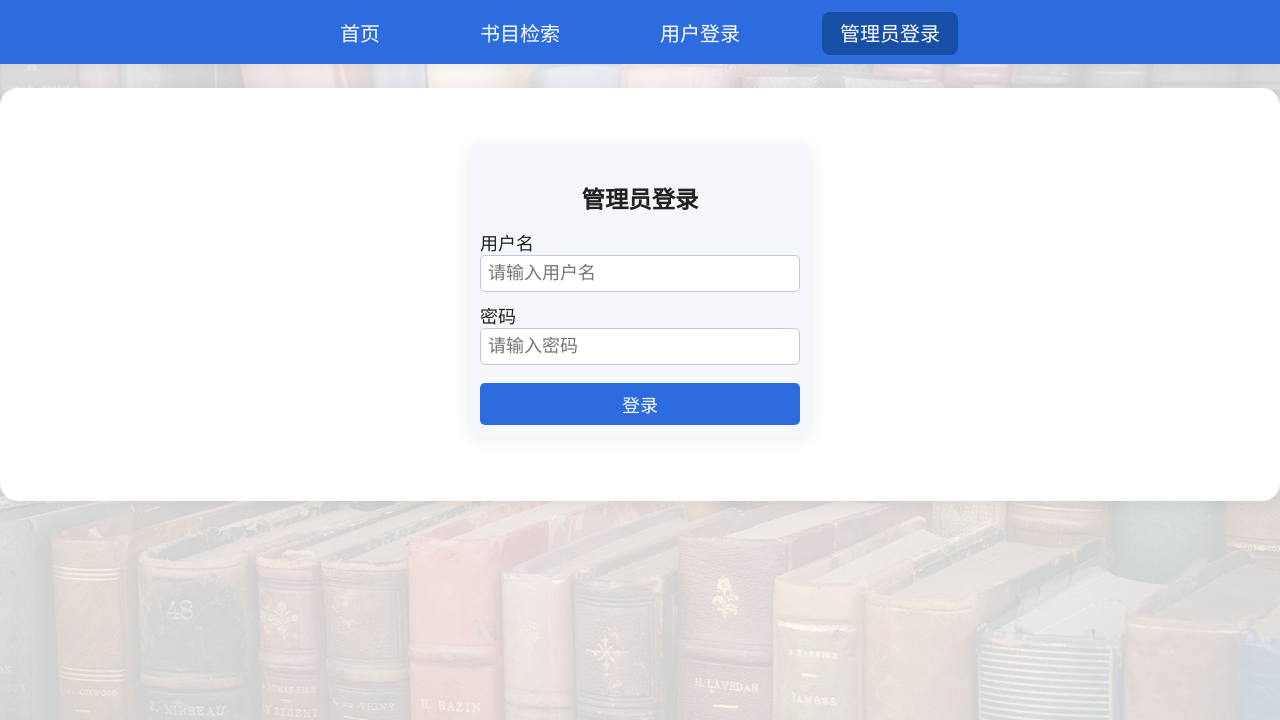
Repository: MercuryRandom/Library-Resource-Management-System
Page: /admin-login (app in frontend/)
These files come from the project's save history. The page is drawn as it stood at one moment and after the next save; the edit follows.
The browser window is 1280 px wide. The pictures show the whole page.
The project was rebuilt for these pictures with package versions that can differ from the ones it lists, and the page was loaded fresh each time. Also part of the build but not shown: frontend/vite.config.js, frontend/src/pages/HomePage.jsx, frontend/src/pages/SearchPage.jsx, frontend/src/pages/LoginPage.jsx, frontend/src/pages/RegisterPage.jsx, frontend/src/pages/admin/ReaderManagementPage.jsx, frontend/src/pages/admin/BookManagementPage.jsx, frontend/src/pages/admin/BorrowManagementPage.jsx.

Above is the page before, as saved 2025-06-27 10:30:40.

### frontend/index.html
<!DOCTYPE html>
<html lang="zh-CN">

<head>
  <meta charset="UTF-8" />
  <link rel="icon" type="image/svg+xml" href="/vite.svg" />
  <meta name="viewport" content="width=device-width, initial-scale=1.0" />
  <title>图书管理系统</title>
</head>

<body>
  <div id="root"></div>
  <script type="module" src="/src/main.jsx"></script>
</body>

</html>

### frontend/src/App.jsx
import { BrowserRouter as Router, Routes, Route, useNavigate } from 'react-router-dom';
import MainLayout from './layout/MainLayout';
import HomePage from './pages/HomePage';
import SearchPage from './pages/SearchPage';
import LoginPage from './pages/LoginPage';
import RegisterPage from './pages/RegisterPage';
import UserLibraryPage from './pages/UserLibraryPage';
import AdminLoginPage from './pages/AdminLoginPage';
import AdminPage from './pages/AdminPage';
import ReaderManagementPage from './pages/admin/ReaderManagementPage';
import BookManagementPage from './pages/admin/BookManagementPage';
import BorrowManagementPage from './pages/admin/BorrowManagementPage';
import './App.css';

function App() {
  return (
    <Router>
      <Routes>
        <Route path="/" element={<MainLayout />}>
          <Route index element={<HomePage />} />
          <Route path="search" element={<SearchPage />} />
          <Route path="login" element={<LoginPage />} />
          <Route path="register" element={<RegisterPage />} />
          <Route path="library" element={<UserLibraryPage />} />
          <Route path="admin-login" element={<AdminLoginPage />} />
          <Route path="admin" element={<AdminPage />}>
            <Route path="readers" element={<ReaderManagementPage />} />
            <Route path="books" element={<BookManagementPage />} />
            <Route path="borrowing" element={<BorrowManagementPage />} />
          </Route>
        </Route>
      </Routes>
    </Router>
  );
}

export default App;

### frontend/src/layout/MainLayout.jsx
import React from 'react';
import { Outlet, NavLink } from 'react-router-dom';

const MainLayout = () => {
  return (
    <div>
      <nav>
        <ul>
          <li>
            <NavLink to="/" end className={({ isActive }) => isActive ? 'active' : ''}>首页</NavLink>
          </li>
          <li>
            <NavLink to="/search" className={({ isActive }) => isActive ? 'active' : ''}>书目检索</NavLink>
          </li>
          <li>
            <NavLink to="/login" className={({ isActive }) => isActive ? 'active' : ''}>用户登录</NavLink>
          </li>
          <li>
            <NavLink to="/admin-login" className={({ isActive }) => isActive ? 'active' : ''}>管理员登录</NavLink>
          </li>
        </ul>
      </nav>
      <hr style={{ border: 'none', margin: 0 }} />
      <main>
        <Outlet />
      </main>
    </div>
  );
};

export default MainLayout;

### frontend/src/pages/UserLibraryPage.jsx
import React, { useState } from 'react';

const features = [
  { key: 'history', title: '借阅历史查询', desc: '查看我的借阅记录和归还情况', icon: '📖' },
  { key: 'borrow', title: '图书借阅', desc: '在线借阅图书，方便快捷', icon: '📚' },
  { key: 'return', title: '图书归还', desc: '归还已借阅的图书', icon: '🔄' },
  { key: 'reserve', title: '预约借书', desc: '提前预约心仪的图书', icon: '📝' },
];

const featureContent = {
  history: <div style={{ fontSize: 24, marginTop: 24 }}>这里显示借阅历史（示例内容）。</div>,
  borrow: <div style={{ fontSize: 24, marginTop: 24 }}>这里是图书借阅功能（示例内容）。</div>,
  return: <div style={{ fontSize: 24, marginTop: 24 }}>这里是图书归还功能（示例内容）。</div>,
  reserve: <div style={{ fontSize: 24, marginTop: 24 }}>这里是预约借书功能（示例内容）。</div>,
};

const UserLibraryPage = () => {
  const [selected, setSelected] = useState('history');
  return (
    <div>
      <h2 style={{ fontSize: 44, marginBottom: 36, textAlign: 'center' }}>我的图书馆</h2>
      <div style={{ display: 'flex', justifyContent: 'space-between', gap: 40, marginBottom: 40 }}>
        {features.map(f => (
          <FeatureCard key={f.key} {...f} selected={selected === f.key} onClick={() => setSelected(f.key)} />
        ))}
      </div>
      <div>{featureContent[selected]}</div>
    </div>
  );
};

const FeatureCard = ({ title, desc, icon, selected, onClick }) => (
  <div
    className="card-hover"
    style={{
      flex: 1,
      background: selected ? '#e3eafc' : '#f5f7fb',
      borderRadius: 18,
      boxShadow: '0 2px 12px rgba(0,0,0,0.04)',
      padding: '48px 18px',
      textAlign: 'center',
      minWidth: 180,
      cursor: 'pointer',
      fontSize: 28,
      border: selected ? '2.5px solid #2d6cdf' : '2.5px solid transparent',
      fontWeight: 600,
      transition: 'all 0.2s',
    }}
    onClick={onClick}
  >
    <div style={{ fontSize: 60, marginBottom: 22 }}>{icon}</div>
    <div style={{ fontSize: 30, fontWeight: 700, marginBottom: 16 }}>{title}</div>
    <div style={{ color: '#666', fontSize: 22 }}>{desc}</div>
  </div>
);

export default UserLibraryPage;

### frontend/src/pages/AdminLoginPage.jsx
import React, { useState } from 'react';
import { useNavigate } from 'react-router-dom';

const AdminLoginPage = () => {
  const [username, setUsername] = useState('');
  const [password, setPassword] = useState('');
  const [error, setError] = useState('');
  const navigate = useNavigate();

  const handleLogin = async (e) => {
    e.preventDefault();
    setError('');
    const res = await fetch('http://localhost:4001/api/admin/login', {
      method: 'POST',
      headers: { 'Content-Type': 'application/json' },
      body: JSON.stringify({ username, password })
    });
    const data = await res.json();
    if (data.success) {
      navigate('/admin');
    } else {
      setError(data.message || '用户名或密码错误');
    }
  };

  return (
    <div className="form-card">
      <h2>管理员登录</h2>
      <form onSubmit={handleLogin}>
        <label htmlFor="username">用户名</label>
        <input
          type="text"
          id="username"
          value={username}
          onChange={(e) => setUsername(e.target.value)}
          placeholder="请输入用户名"
        />
        <label htmlFor="password">密码</label>
        <input
          type="password"
          id="password"
          value={password}
          onChange={(e) => setPassword(e.target.value)}
          placeholder="请输入密码"
        />
        {error && <div style={{ color: 'red', marginBottom: 12 }}>{error}</div>}
        <button type="submit">登录</button>
      </form>
    </div>
  );
};

export default AdminLoginPage;

### frontend/src/pages/AdminPage.jsx
import React, { useState } from 'react';
import { useNavigate, Outlet } from 'react-router-dom';

const adminFeatures = [
  { key: 'readers', path: 'readers', title: '读者管理', desc: '添加、修改、删除读者信息', icon: '👤' },
  { key: 'books', path: 'books', title: '图书管理', desc: '添加、修改、删除书目信息', icon: '📚' },
  { key: 'borrowing', path: 'borrowing', title: '借还管理', desc: '借书和还书操作', icon: '🔄' },
];

const featureContent = {
  readers: <div style={{ fontSize: 24, marginTop: 24 }}>这里是读者管理功能（示例内容）。</div>,
  books: <div style={{ fontSize: 24, marginTop: 24 }}>这里是图书管理功能（示例内容）。</div>,
  borrowing: <div style={{ fontSize: 24, marginTop: 24 }}>这里是借还管理功能（示例内容）。</div>,
};

const AdminPage = () => {
  const [selected, setSelected] = useState('readers');
  const navigate = useNavigate();
  return (
    <div>
      <h2 style={{ fontSize: 44, marginBottom: 36, textAlign: 'center' }}>管理员功能</h2>
      <div style={{ display: 'flex', justifyContent: 'space-between', gap: 40, marginBottom: 40 }}>
        {adminFeatures.map(f => (
          <div
            key={f.key}
            className="card-hover"
            style={{ flex: 1, background: selected === f.key ? '#e3eafc' : '#f5f7fb', borderRadius: 18, boxShadow: '0 2px 12px rgba(0,0,0,0.04)', padding: '48px 18px', textAlign: 'center', minWidth: 180, cursor: 'pointer', fontSize: 28, border: selected === f.key ? '2.5px solid #2d6cdf' : '2.5px solid transparent', fontWeight: 600, transition: 'all 0.2s' }}
            onClick={() => { setSelected(f.key); navigate(f.path); }}
          >
            <div style={{ fontSize: 60, marginBottom: 22 }}>{f.icon}</div>
            <div style={{ fontSize: 30, fontWeight: 700, marginBottom: 16 }}>{f.title}</div>
            <div style={{ color: '#666', fontSize: 22 }}>{f.desc}</div>
          </div>
        ))}
      </div>
      <div>{featureContent[selected]}</div>
      <div style={{ marginTop: 40 }}>
        <Outlet />
      </div>
    </div>
  );
};

export default AdminPage;

### frontend/src/App.css
body {
  margin: 0;
  padding: 0;
  font-family: 'Segoe UI', 'Arial', sans-serif;
  background: url('/image.png') no-repeat center center fixed;
  background-size: cover;
  color: #222;
  font-size: 18px;
  position: relative;
}

body::before {
  content: '';
  position: fixed;
  left: 0;
  top: 0;
  right: 0;
  bottom: 0;
  background: rgba(255, 255, 255, 0.82);
  /* 可调整透明度和颜色 */
  z-index: 0;
  pointer-events: none;
}

#root {
  min-height: 100vh;
  display: flex;
  flex-direction: column;
  position: relative;
  z-index: 1;
}

nav {
  background: #2d6cdf;
  padding: 0 0;
  box-shadow: 0 2px 8px rgba(0, 0, 0, 0.04);
}

nav ul {
  display: flex;
  justify-content: center;
  align-items: center;
  margin: 0;
  padding: 0;
  list-style: none;
  height: 64px;
}

nav ul li {
  margin: 0 32px;
}

nav ul li a {
  color: #fff;
  text-decoration: none;
  font-size: 20px;
  font-weight: 500;
  padding: 8px 18px;
  border-radius: 8px;
  transition: background 0.2s;
}

nav ul li a:hover,
nav ul li a.active {
  background: #174ea6;
}

main {
  flex: 1;
  max-width: 2000px;
  margin: 24px auto 0 auto;
  background: #fff;
  border-radius: 18px;
  box-shadow: 0 2px 16px rgba(0, 0, 0, 0.08);
  padding: 32px 32px 40px 32px;
  font-size: 1em;
  position: relative;
  z-index: 2;
}

/* 登录/注册卡片样式 */
.form-card {
  max-width: 320px;
  margin: 24px auto;
  padding: 18px 12px 12px 12px;
  background: #f5f7fb;
  border-radius: 10px;
  box-shadow: 0 2px 16px rgba(0, 0, 0, 0.08);
}

.form-card h2 {
  text-align: center;
  margin-bottom: 14px;
  font-size: 1.3em;
}

.form-card label {
  font-size: 1em;
  margin-bottom: 8px;
}

.form-card input,
.form-card select {
  width: 100%;
  padding: 7px;
  font-size: 1em;
  border: 1px solid #bfc8e0;
  border-radius: 5px;
  margin-bottom: 10px;
  background: #fff;
  box-sizing: border-box;
}

.form-card button {
  width: 100%;
  padding: 8px;
  font-size: 1em;
  background: #2d6cdf;
  color: #fff;
  border: none;
  border-radius: 5px;
  margin-top: 8px;
  cursor: pointer;
  transition: background 0.2s;
}

.form-card button:hover {
  background: #174ea6;
}

.form-card .form-link {
  display: block;
  text-align: right;
  margin-top: 12px;
  color: #2d6cdf;
  text-decoration: underline;
  cursor: pointer;
  font-size: 1em;
}

@media (max-width: 900px) {
  main {
    max-width: 98vw;
    padding: 8px 2vw;
  }

  nav ul li {
    margin: 0 8px;
  }

  nav ul li a {
    font-size: 16px;
    padding: 6px 8px;
  }

  .form-card {
    padding: 8px 2px 8px 2px;
  }
}

.logo {
  height: 6em;
  padding: 1.5em;
  will-change: filter;
  transition: filter 300ms;
}

.logo:hover {
  filter: drop-shadow(0 0 2em #646cffaa);
}

.logo.react:hover {
  filter: drop-shadow(0 0 2em #61dafbaa);
}

@keyframes logo-spin {
  from {
    transform: rotate(0deg);
  }

  to {
    transform: rotate(360deg);
  }
}

@media (prefers-reduced-motion: no-preference) {
  a:nth-of-type(2) .logo {
    animation: logo-spin infinite 20s linear;
  }
}

.card {
  padding: 2em;
}

.read-the-docs {
  color: #888;
}

.card-hover {
  transition: box-shadow 0.25s, transform 0.25s;
  box-shadow: 0 2px 12px rgba(0, 0, 0, 0.04);
  font-size: 0.95em;
  padding: 14px 6px;
  border-radius: 10px;
  min-width: 160px;
  max-width: 220px;
  margin: 0 8px;
}

.card-hover:hover {
  box-shadow: 0 8px 32px rgba(45, 108, 223, 0.18);
  transform: translateY(-10px) scale(1.03);
  z-index: 2;
}

Loaded but not shown: frontend/src/main.jsx (common file)

After the next save:
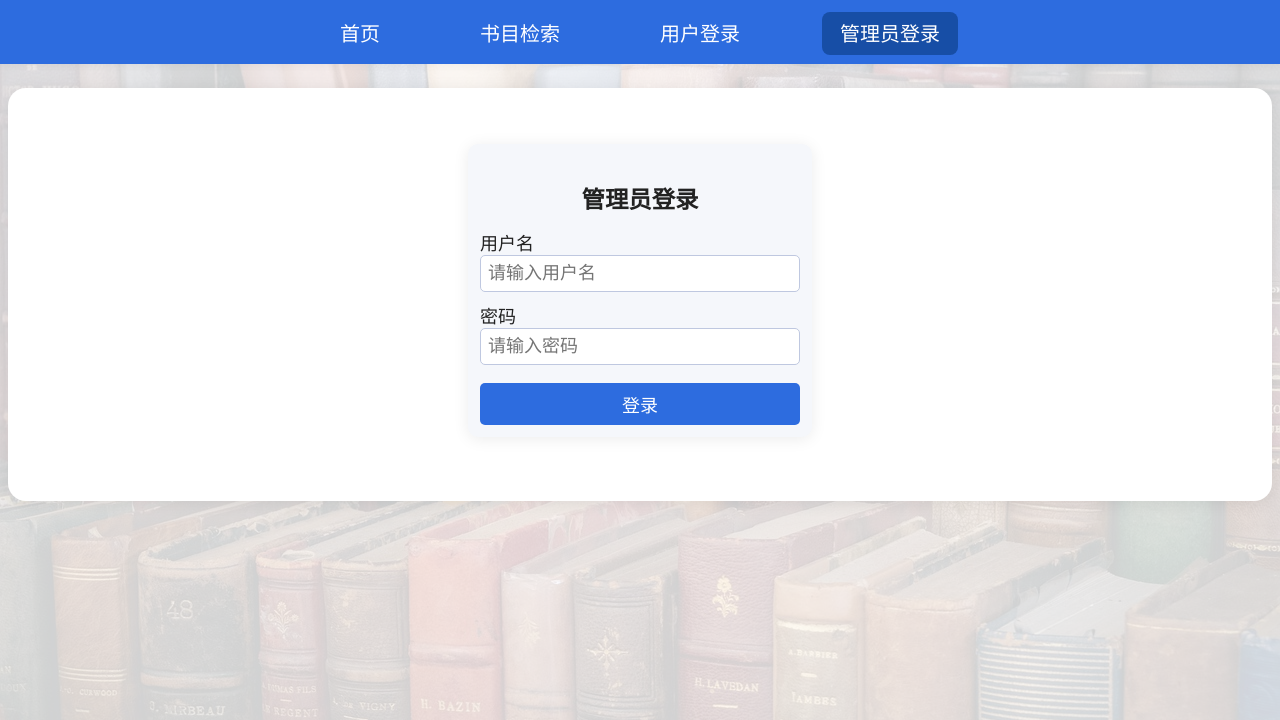
Saved 6 s later.
--- a/frontend/src/App.css
+++ b/frontend/src/App.css
@@ -67,7 +67,7 @@ nav ul li a.active {
 
 main {
   flex: 1;
-  max-width: 2000px;
+  max-width: 1200px;
   margin: 24px auto 0 auto;
   background: #fff;
   border-radius: 18px;
